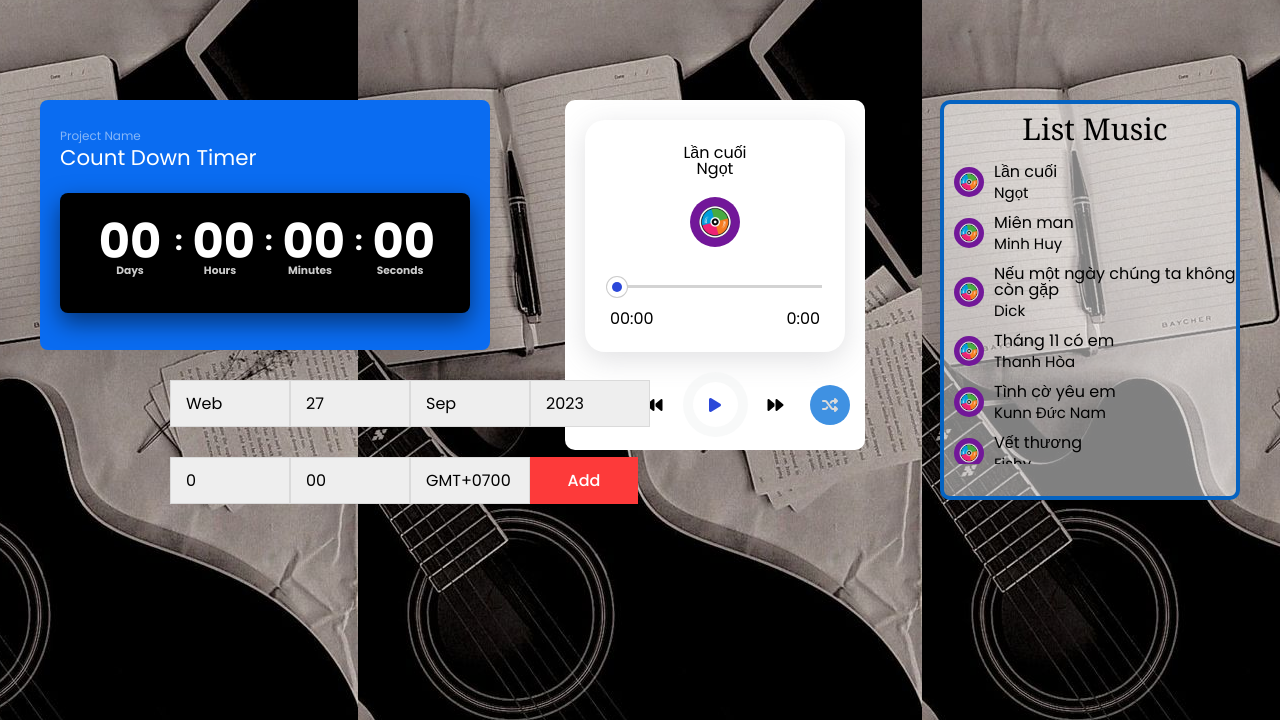
Repository: thuanpham00/CountDownTimer
Page: index.html
An editor plug-in stored every save of this project. The page is shown before and after the next save, followed by the edit.
The browser window is 1280 px wide. The pictures show the whole page.
Some web libraries are served in a nearby version. The style sheet was rebuilt from its Sass, Less or Tailwind sources for each picture, by a compiler version that may differ from the author's.

Above is the page before, as saved 2023-10-12 22:43:04.

After the next save:
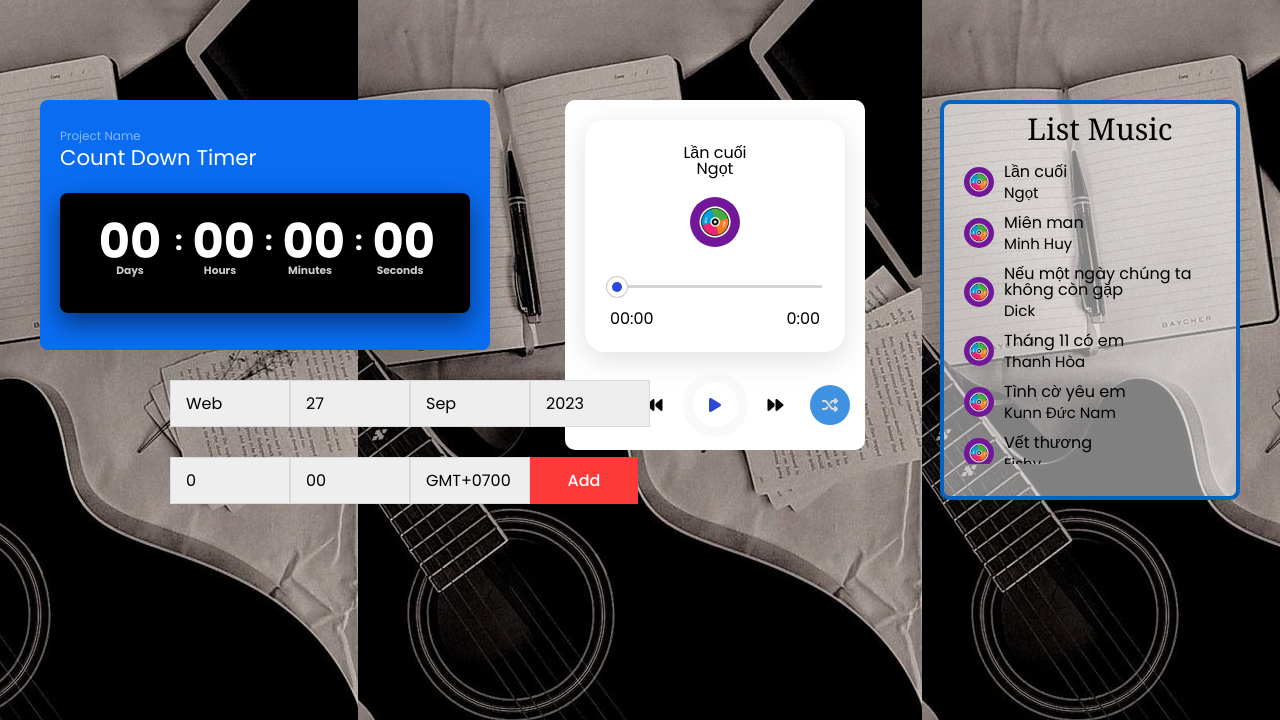
Saved 8 s later.
--- a/scss/main.scss
+++ b/scss/main.scss
@@ -290,7 +290,7 @@ body {
         max-width: 300px;
         background: rgba(255, 255, 255, 0.5);
         border-radius: 10px;
-        padding: 10px 0 0px 10px;
+        padding: 10px 0 0px 20px;
         border: 4px solid rgb(5, 99, 193);
 
         &__title {
